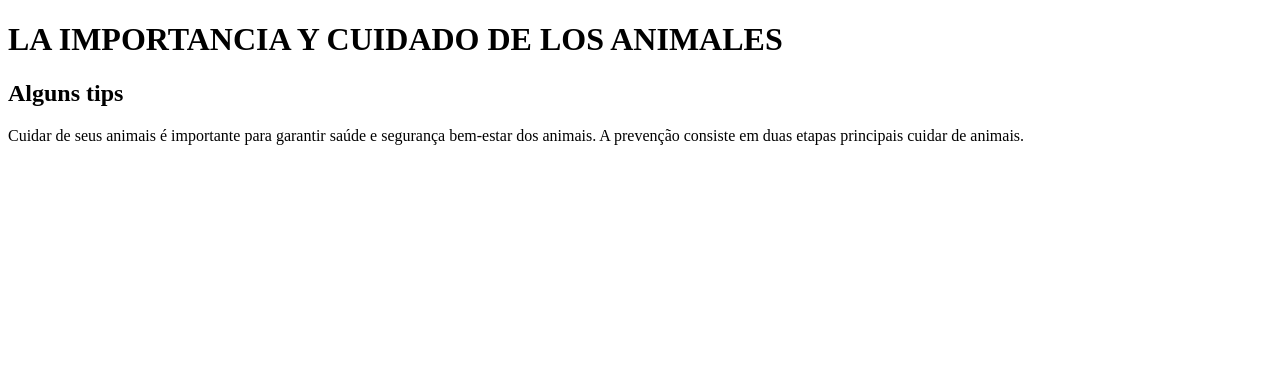
Repository: AnaFzCz/PROYECTOS-HTML---CSS2
Page: Ex_project_1/index.html
These files come from the project's save history. The page is drawn as it stood at one moment and after the next save; the edit follows.
The browser window is 1280 px wide. The pictures show the whole page.

Above is the page before, as saved 2025-01-20 06:40:17.

### Ex_project_1/index.html
<!DOCTYPE html>
<head>
    <title>Project_One</title>
    <meta charset="UTF-8">
</head>
<body>
    <h1>LA IMPORTANCIA Y CUIDADO DE LOS ANIMALES</h1>
    <h2>Alguns tips</h2>
    <p>Cuidar de seus animais é importante para garantir saúde e segurança bem-estar dos animais. A prevenção consiste em duas etapas principais cuidar de animais.</p>
</body>

After the next save:
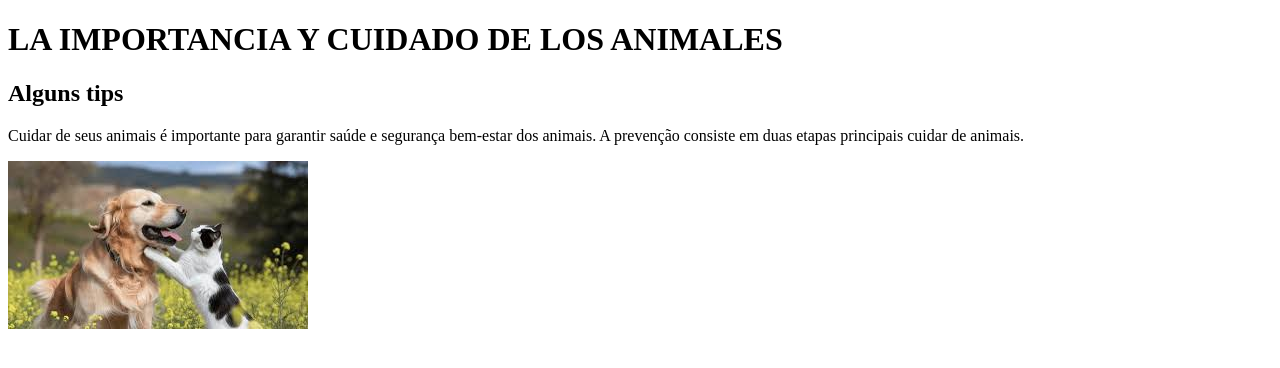
Saved 3 min 11 s later.
--- a/Ex_project_1/index.html
+++ b/Ex_project_1/index.html
@@ -7,4 +7,5 @@
     <h1>LA IMPORTANCIA Y CUIDADO DE LOS ANIMALES</h1>
     <h2>Alguns tips</h2>
     <p>Cuidar de seus animais é importante para garantir saúde e segurança bem-estar dos animais. A prevenção consiste em duas etapas principais cuidar de animais.</p>
+    <img src="animales.jpg" alt="animales">
 </body>
